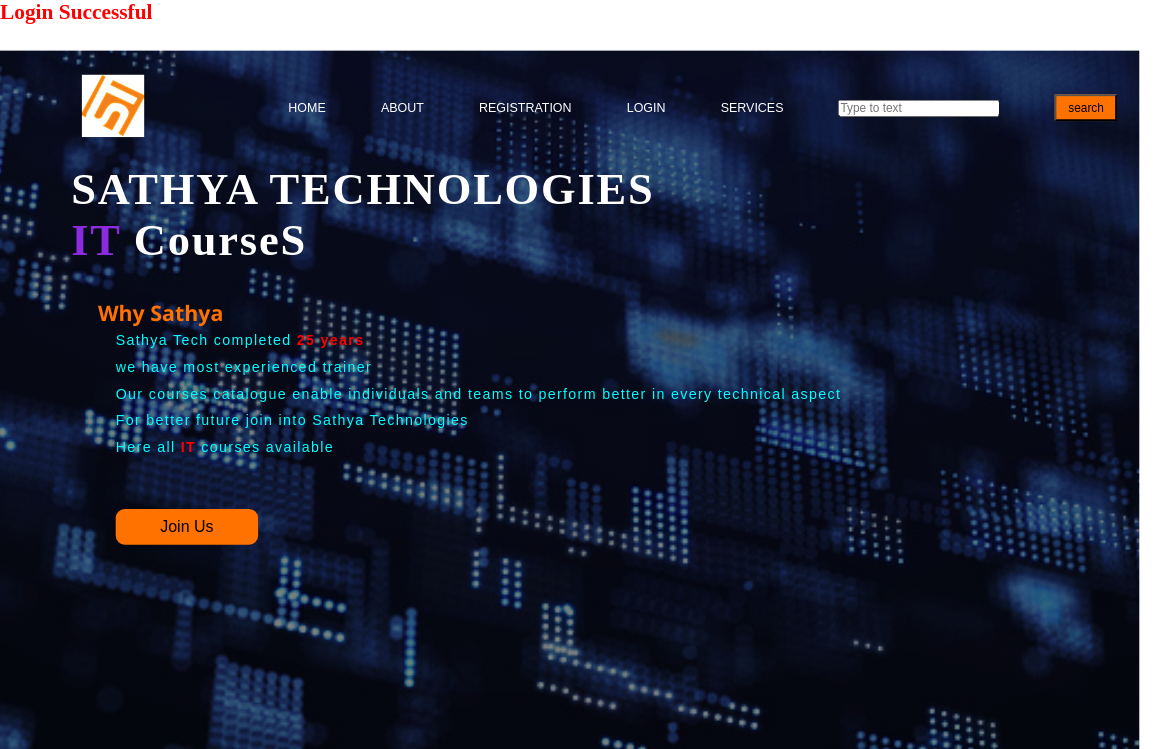
Repository: sainath0323/Website-design-using-J2EE
Page: http://localhost/AdvanceJavaApplication/loginsuccess.jsp
These files come from the project's save history. The page is drawn as it stood at one moment and after the next save; the edit follows.
The browser window is 1280 px wide. The page is 1317 px wide, so the pictures cover 1317 px, including what lies to the right of the window. The pictures show the whole page, at 89% of full size.
The page is served by Tomcat 9.

Above is the page before, as saved 2023-04-26 06:47:24.

After the next save:
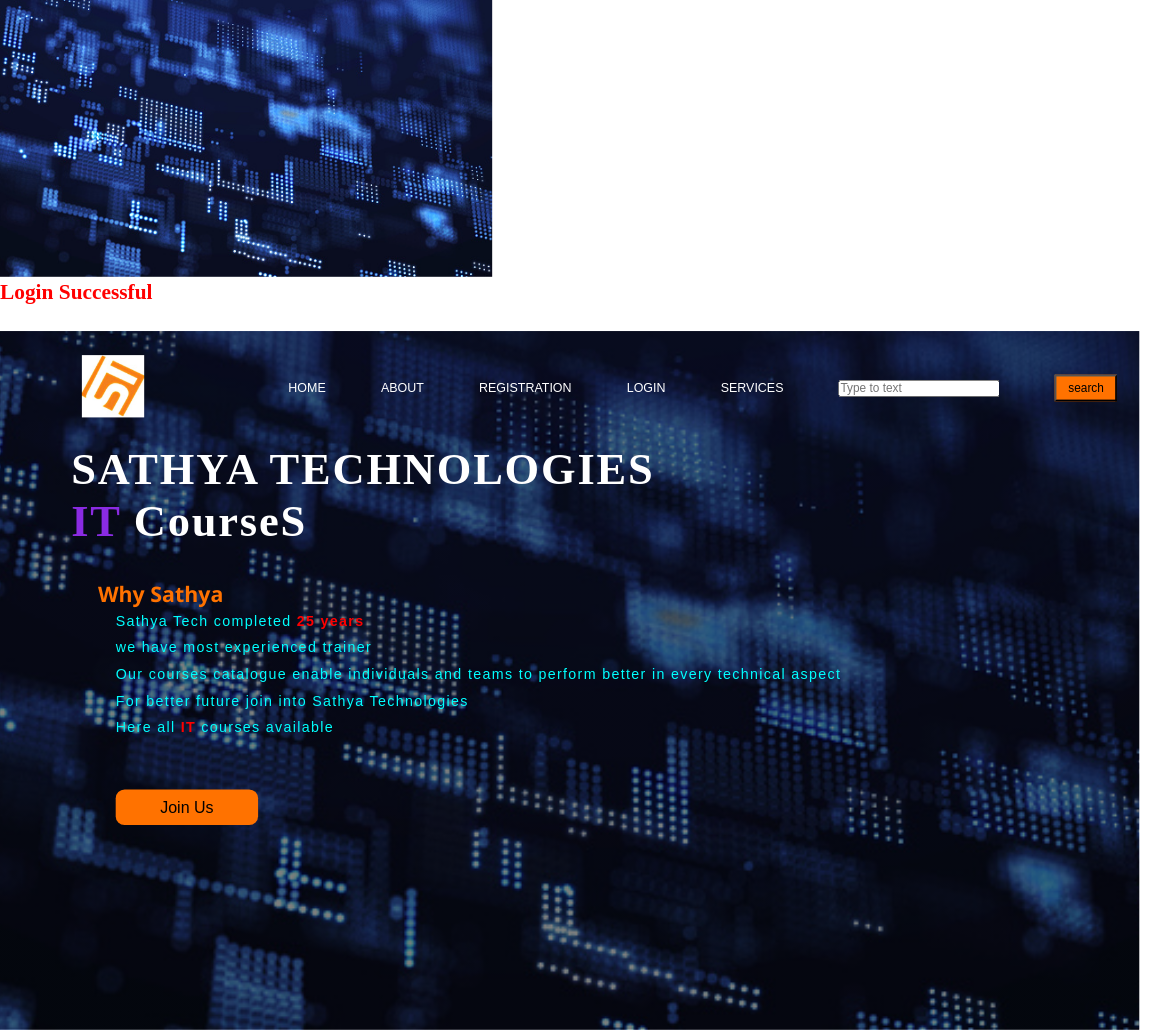
Saved 4 min 34 s later.
--- a/AdvanceJavaApplication/src/main/webapp/loginsuccess.jsp
+++ b/AdvanceJavaApplication/src/main/webapp/loginsuccess.jsp
@@ -6,6 +6,7 @@
 <title>Insert title here</title>
 </head>
 <body>
+<img alt="" src="websiteimage.jpg">
 <h2 style="color: red" >Login Successful</h2>
 <jsp:include page="index.html"></jsp:include>
 
